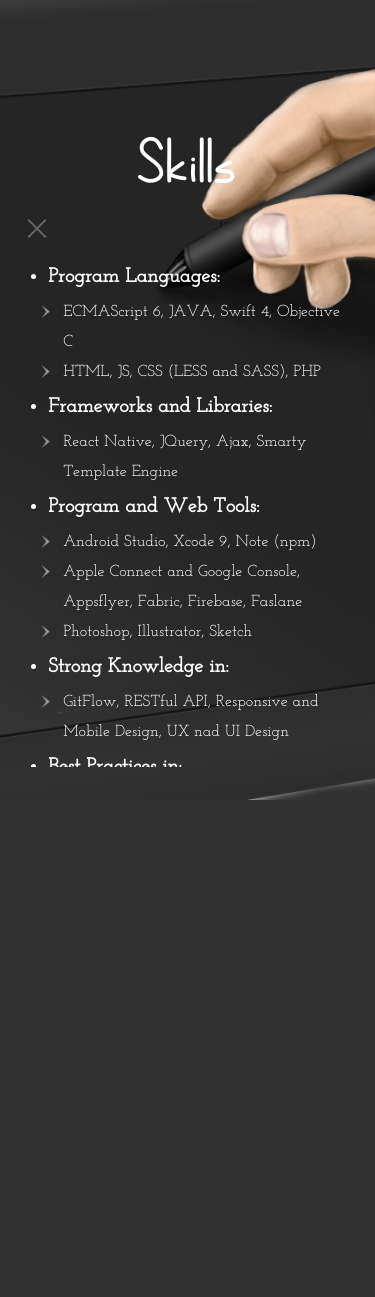
Repository: nikichanko/cv
Page: index.html
These files come from the project's save history. The page is drawn as it stood at one moment and after the next save; the edit follows.
The browser window is 375 px wide. The pictures show the whole page.
After loading, the first visible `div.item` was clicked once.

Above is the page before, as saved 2018-08-09 22:56:49.

### index.html
<!DOCTYPE html>
<html>
  <head>
    <link rel="stylesheet" type="text/css" href="css/styles.css">
    <meta name="viewport" content="width=device-width, initial-scale=1">
    <link rel="stylesheet" type="text/css" href="css/scroll.css">
    <script src="https://ajax.googleapis.com/ajax/libs/jquery/3.3.1/jquery.min.js"></script>
    <script src="js/scroll.js"></script>
    <title>Nikolay Nikolov - CV</title>
  </head>
  <body>
    <div class="wrapper">
      <div class="menu">
        <div class="item">
          Skills
        </div>
        <div class="content">
          <i class="close"></i>
          <div class="ul-wrapper" id="scroll-3">
            <ul>
              <li>Program Languages:</li>
              <ol>ECMAScript 6, JAVA, Swift 4, Objective C</ol>
              <ol>HTML, JS, CSS (LESS and SASS), PHP</ol>
              <li>Frameworks and Libraries:</li>
              <ol>React Native, JQuery, Ajax, Smarty Template Engine</ol>
              <li>Program and Web Tools:</li>
              <ol>Android Studio, Xcode 9, Note (npm)</ol>
              <ol>Apple Connect and Google Console, Appsflyer, Fabric, Firebase, Faslane</ol>
              <ol>Photoshop, Illustrator, Sketch</ol>
              <li>Strong Knowledge in:</li>
              <ol>GitFlow, RESTful API, Responsive and Mobile Design, UX nad UI Design</ol>
              <li>Best Practices in:</li>
              <ol>OOP, Test Driven Development, Cross platform development</ol>
              <li>Other Abilities:</li>
              <ol>Digital Drawing of web application arts with graphic tablet</ol>
            </ul>
           </div>
        </div>
        <div class="item">
          Education
        </div>
        <div class="content">
            <i class="close"></i>
            <ul>
              <li>M. Sc. in Computer Science</li>
              <ol>From 2011 - 2013</ol>
              <ol>Technical University Gabrovo</ol>
              <ol>Subject: Computer System and Technologies</ol>
            </ul>
        </div>
        <div class="item">
          Empoyment
        </div>
        <div class="content">
            <i class="close"></i>
            <div class="ul-wrapper" id="scroll-2">
              <ul>
                <li>from 12. 2016 to present</li>
                <ol>Employer: Mansion Technology and Operations Centre</ol>
                <ol>Professional Title: front-end developer</ol>
                <ol>from 11. 2017 working as mobile developer in agile environment</ol>
                <li>from 05. 2014 to 12. 2016</li>
                <ol>Employer: Support Service LTD for Image-Line Belgium</ol>
                <ol>Professional Title: fullstack web developer with more front-end responsibilities</ol>
              </ul>
            </div>
        </div>
        <div class="item">
          Goal Achieved
        </div>
        <div class="content">
          <i class="close"></i>
          <div class="ul-wrapper" id="scroll-1">
            <ul>
              <li>As mobile developer:</li>
              <ol>Applications in stores:</ol>

                <img src="img/casino.png" title="CasinoSlots" class="app-icon" style="margin-left: 10px;" />
                <img src="img/ccbj.png" title="Casino BlackJack" class="app-icon" />
                <img src="img/sh.png" title="Slostheaven" class="app-icon" />
                <img src="img/mc.png" title="MansionCasino" class="app-icon" />

              <ol>Quick switching from web to mobile development</ol>
              <ol>Key person with leading role in mobile team</ol>
              <ol>Be main part of critical moments when quick reaction and self-organization is very important</ol>
              <ol>The person that implemented React Native framework in real mobile apps</ol>
              <ol>Publishing and then dealing with rejection of apps in both stores</ol>
              <ol>Implementations: Redux, Geo location services, Biometic authetification with
                RESTful API login, React Native navigation, Unit, Integration and Snapshot Tests with Jest, executed in CI system (Bamboo),
                Cross-platform and multi-device layouts, Exposing many custom code from Native to React Native (NativeModules and NativeEventEmitter)</ol>
              <li>As front-end developer:</li>
              <ol>Responsive and mobile designs with no compromises in details</ol>
              <ol>Developed many end-to-end web applications like: Image Sliders with lazyloading, javascript Video and Audio Players with full mobile support</ol>
              <ol>RESTful API integrations</ol>
              <ol>Unit testing with Jasmine</ol>
            </ul>
          </div>
        </div>
        <div class="item">
          About me
        </div>
        <div class="content">
          <i class="close"></i>

        </div>
        <div class="item">
          Contact
        </div>
        <div class="content">
            <i class="close"></i>
            <div class="ul-wrapper" id="scroll-4">
              <ul>
                <li>Fill free to leave me a message...</li>
                <script type="text/javascript" src="https://form.jotformeu.com/jsform/82187298762370"></script>
              </ul>
            </div>
        </div>
      </div>
    </div>
    <script src="js/common.js"></script>
  </body>
</html>

### css/styles.css
@font-face {
  font-family: 'Just Gotta Smile';
  src: url('./fonts/JustGottaSmile.woff2') format('woff2'),
      url('./fonts/JustGottaSmile.woff') format('woff'),
      url('./fonts/JustGottaSmile.ttf') format('truetype');
  font-weight: 500;
  font-style: normal;
}

@font-face {
  font-family: 'Josefin Slab';
  src: url('./fonts/JosefinSlab.woff2') format('woff2'),
      url('./fonts/JosefinSlab.woff') format('woff'),
      url('./fonts/JosefinSlab.ttf') format('truetype');
  font-weight: normal;
  font-style: normal;
}
ul, li, ol, body {
  margin: 0;
  padding: 0;
}

body {
  background-color: #323232;
  width: 100%;
  font-family: 'Just Gotta Smile';
  color: #fff;
}

.wrapper {
  position: relative;
  width: 100%;
  max-width: 1000px;
  height: 800px;
  margin: 0 auto;
  background-image: url(../img/cv_bg.png);
  background-repeat: no-repeat;
  background-position: right top;
  background-size: cover;
}

.menu {
  line-height: 70px;
  margin: 0 auto;
  position: absolute;
  text-align: center;
  width: 100%;
  font-size: 64px;
  top: 125px;
}

.item {
  cursor: pointer;
  position: relative;
  left: 50%;
  opacity: 1;
  transform: translateX(-50%) ;
  -ms-transform: translateX(-50%) ; /* IE 9 */
  -webkit-transform: translateX(-50%); /* Safari 3-8 */
  transition: opacity 0.5s ease-in-out;
  -webkit-touch-callout: none; /* iOS Safari */
  -webkit-user-select: none; /* Safari */
   -khtml-user-select: none; /* Konqueror HTML */
     -moz-user-select: none; /* Firefox */
      -ms-user-select: none; /* Internet Explorer/Edge */
          user-select: none; /* Non-prefixed version, currently
                                supported by Chrome and Opera */
}

.item.closed {
  opacity: 0;
  height: 0;
  visibility: hidden;
}

.content {
  font-family: 'Josefin Slab';
  padding-top: 2px;
  max-width: 600px;
  text-align: left;
  top: 50px;
  width: 85%;
  margin: 0 auto;
  line-height: 40px;
  height: 0;
  opacity: 0;
  font-size: 20px;
  transition: opacity 0.5s ease-in-out;
  position: relative;
  visibility: hidden;
}

.ul-wrapper {
  height: 520px;
  position: relative;
  overflow: auto;
}

.content.open {
  height: auto;
  opacity: 1;
  transition: opacity 0.5s ease-in-out;
  visibility: visible;
}
.content {
  line-height: 30px;
}
.content ul {
  padding-top: 10px;
  padding-left: 20px;
}
.content li {
  font-weight: bold;
  font-size: 20px;
  padding:5px 0;
}
.content ol {
  font-size: 16px;
  margin-left: 15px;
  position: relative;
}
.content ol:before {
  content: "";
  background-image: url(../img/arrow.png);
  background-repeat: no-repeat;
  background-size: contain;
  width: 12px;
  height: 13px;
  position: absolute;
  left: -22px;
  top: 8px;
  opacity: 0.6;
}

.item:hover {
  color: #a4cbe6;
}

.close {
  position: absolute;
  top: -29px;
  left: -7px;
  width: 32px;
  height: 32px;
  opacity: 0.3;
}
.close:hover {
  opacity: 1;
}
.close:before, .close:after {
  position: absolute;
  left: 15px;
  content: ' ';
  height: 25px;
  width: 2px;
  background-color: #fff;
}
.close:before {
  transform: rotate(45deg);
}
.close:after {
  transform: rotate(-45deg);
}

.app-icon {
  width: 45px;
  margin-right: 20px;
}

### css/scroll.css
/*
 * Container style
 */
 .ps {
  overflow: hidden !important;
  overflow-anchor: none;
  -ms-overflow-style: none;
  touch-action: auto;
  -ms-touch-action: auto;
}

/*
 * Scrollbar rail styles
 */
.ps__rail-x {
  display: none;
  opacity: 0;
  transition: background-color .2s linear, opacity .2s linear;
  -webkit-transition: background-color .2s linear, opacity .2s linear;
  height: 15px;
  /* there must be 'bottom' or 'top' for ps__rail-x */
  bottom: 0px;
  /* please don't change 'position' */
  position: absolute;
}

.ps__rail-y {
  display: none;
  opacity: 0;
  transition: background-color .2s linear, opacity .2s linear;
  -webkit-transition: background-color .2s linear, opacity .2s linear;
  width: 15px;
  /* there must be 'right' or 'left' for ps__rail-y */
  right: 0;
  /* please don't change 'position' */
  position: absolute;
}

.ps--active-x > .ps__rail-x,
.ps--active-y > .ps__rail-y {
  display: block;
  background-color: transparent;
}

.ps:hover > .ps__rail-x,
.ps:hover > .ps__rail-y,
.ps--focus > .ps__rail-x,
.ps--focus > .ps__rail-y,
.ps--scrolling-x > .ps__rail-x,
.ps--scrolling-y > .ps__rail-y {
  opacity: 0.6;
}

.ps .ps__rail-x:hover,
.ps .ps__rail-y:hover,
.ps .ps__rail-x:focus,
.ps .ps__rail-y:focus,
.ps .ps__rail-x.ps--clicking,
.ps .ps__rail-y.ps--clicking {
  background-color: #eee;
  opacity: 0.9;
}

/*
 * Scrollbar thumb styles
 */
.ps__thumb-x {
  background-color: #aaa;
  border-radius: 6px;
  transition: background-color .2s linear, height .2s ease-in-out;
  -webkit-transition: background-color .2s linear, height .2s ease-in-out;
  height: 6px;
  /* there must be 'bottom' for ps__thumb-x */
  bottom: 2px;
  /* please don't change 'position' */
  position: absolute;
}

.ps__thumb-y {
  background-color: #aaa;
  border-radius: 6px;
  transition: background-color .2s linear, width .2s ease-in-out;
  -webkit-transition: background-color .2s linear, width .2s ease-in-out;
  width: 6px;
  /* there must be 'right' for ps__thumb-y */
  right: 2px;
  /* please don't change 'position' */
  position: absolute;
}

.ps__rail-x:hover > .ps__thumb-x,
.ps__rail-x:focus > .ps__thumb-x,
.ps__rail-x.ps--clicking .ps__thumb-x {
  background-color: #999;
  height: 11px;
}

.ps__rail-y:hover > .ps__thumb-y,
.ps__rail-y:focus > .ps__thumb-y,
.ps__rail-y.ps--clicking .ps__thumb-y {
  background-color: #999;
  width: 11px;
}

/* MS supports */
@supports (-ms-overflow-style: none) {
  .ps {
    overflow: auto !important;
  }
}

@media screen and (-ms-high-contrast: active), (-ms-high-contrast: none) {
  .ps {
    overflow: auto !important;
  }
}

### js/common.js
$(".item").on('click', function() {
  var _t = this;
  setTimeout(function(){
    $(_t).next('.content').addClass('open');
  },100);
  $('.item').each(function(i, v) {
    if (!$(_t).is(v)) {
      $(v).addClass('closed');
      $(v).next('.content').removeClass('open');
    }
    else {
      $(v).removeClass('closed');
    }
  });
});

$('.close').on('click', function(){
  $('.item').each(function(i, v) {
    setTimeout(function(){
      $(v).removeClass('closed');
    },100);
    $(v).next('.content').removeClass('open');
  });
});

var src1 = document.querySelector('#scroll-1');
var src2 = document.querySelector('#scroll-2');
var src3 = document.querySelector('#scroll-3');
var src4 = document.querySelector('#scroll-4');
var options = {
  maxScrollbarLength: 100,
};

var ps1 = new PerfectScrollbar(src1, options);
var ps2 = new PerfectScrollbar(src2, options);
var ps3 = new PerfectScrollbar(src3, options);
var ps4 = new PerfectScrollbar(src4, options);

Loaded but not shown: js/scroll.js (1324 lines, source omitted)

After the next save:
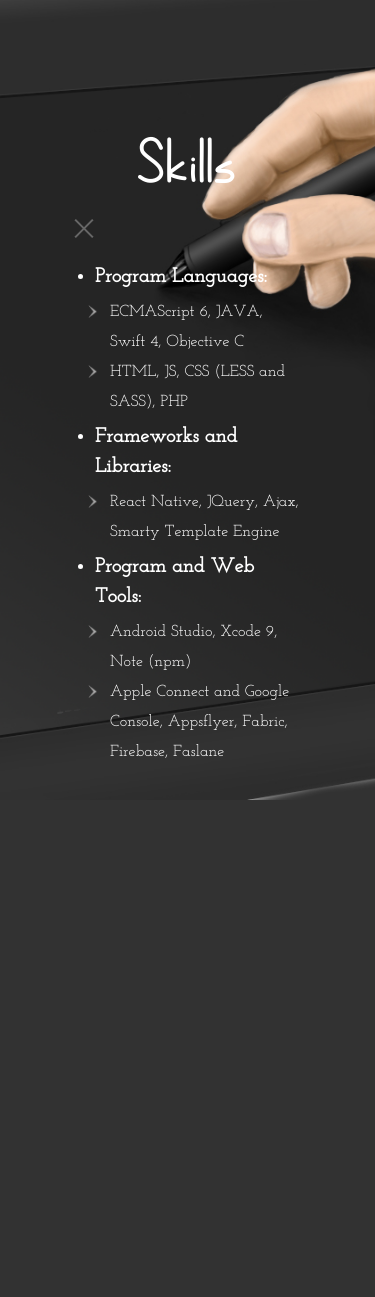
Saved 109 s later.
--- a/css/styles.css
+++ b/css/styles.css
@@ -79,7 +79,7 @@
   max-width: 600px;
   text-align: left;
   top: 50px;
-  width: 85%;
+  width: 60%;
   margin: 0 auto;
   line-height: 40px;
   height: 0;
@@ -166,3 +166,7 @@
   width: 45px;
   margin-right: 20px;
 }
+
+@media only screen and (max-width: 600px) {
+
+}

After the save that followed:
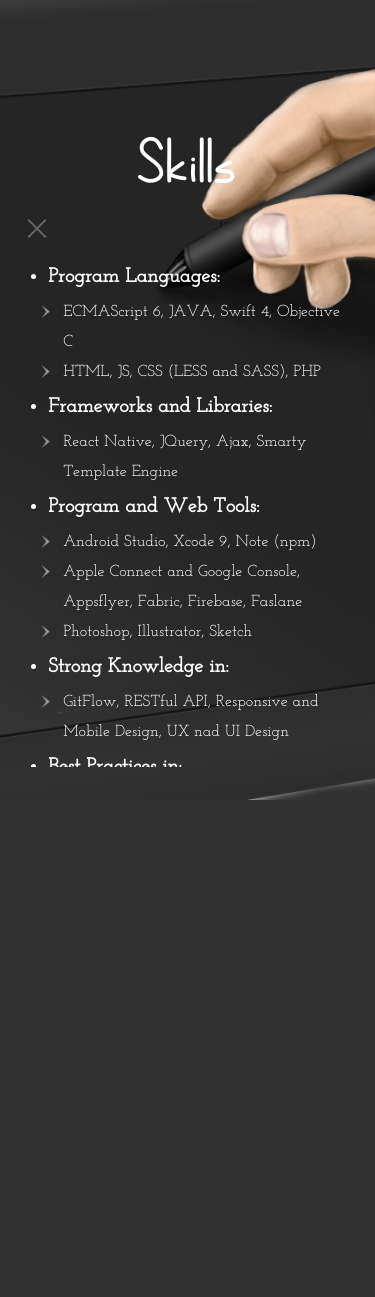
Saved 18 s later.
--- a/css/styles.css
+++ b/css/styles.css
@@ -168,5 +168,7 @@
 }
 
 @media only screen and (max-width: 600px) {
-
+  .content {
+    width: 85%;
+  }
 }
